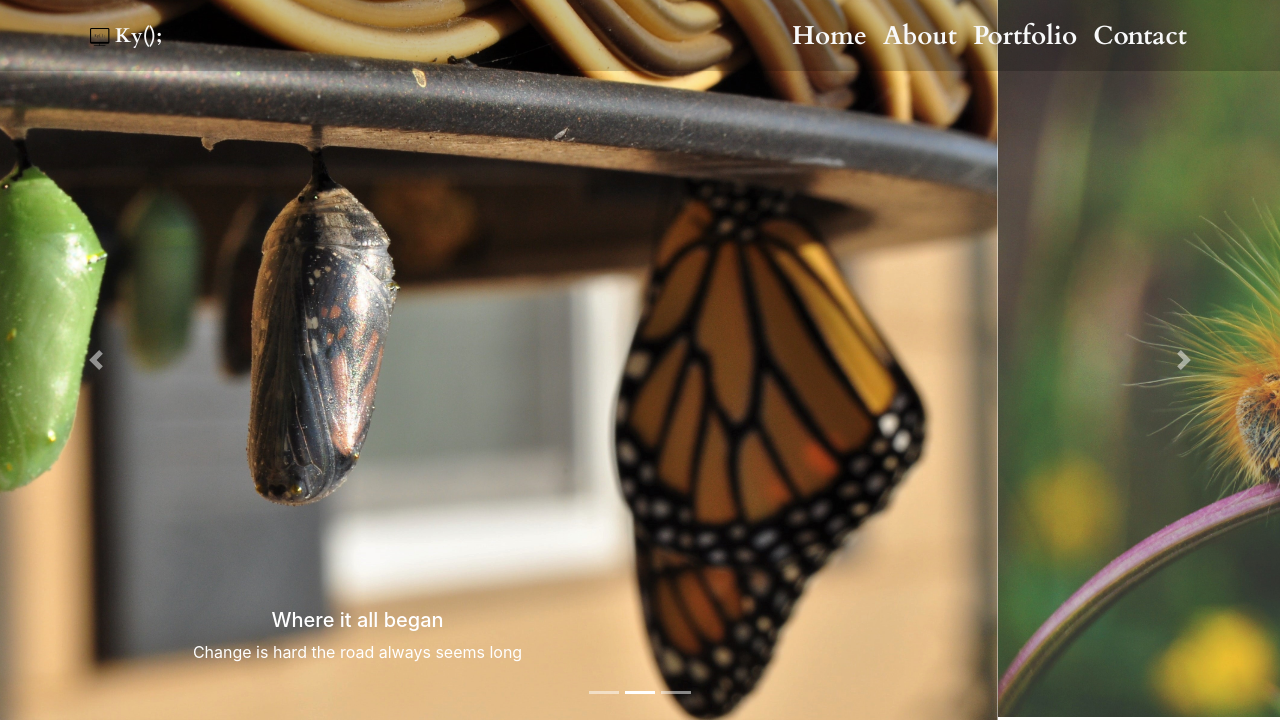
Repository: kkyler24/thekyfunction
Page: index.html
An editor plug-in stored every save of this project. The page is shown before and after the next save, followed by the edit.
The browser window is 1280 px wide. The pictures show the whole page.
Some web libraries are served in a nearby version.

Above is the page before, as saved 2020-06-03 19:44:40.

After the next save:
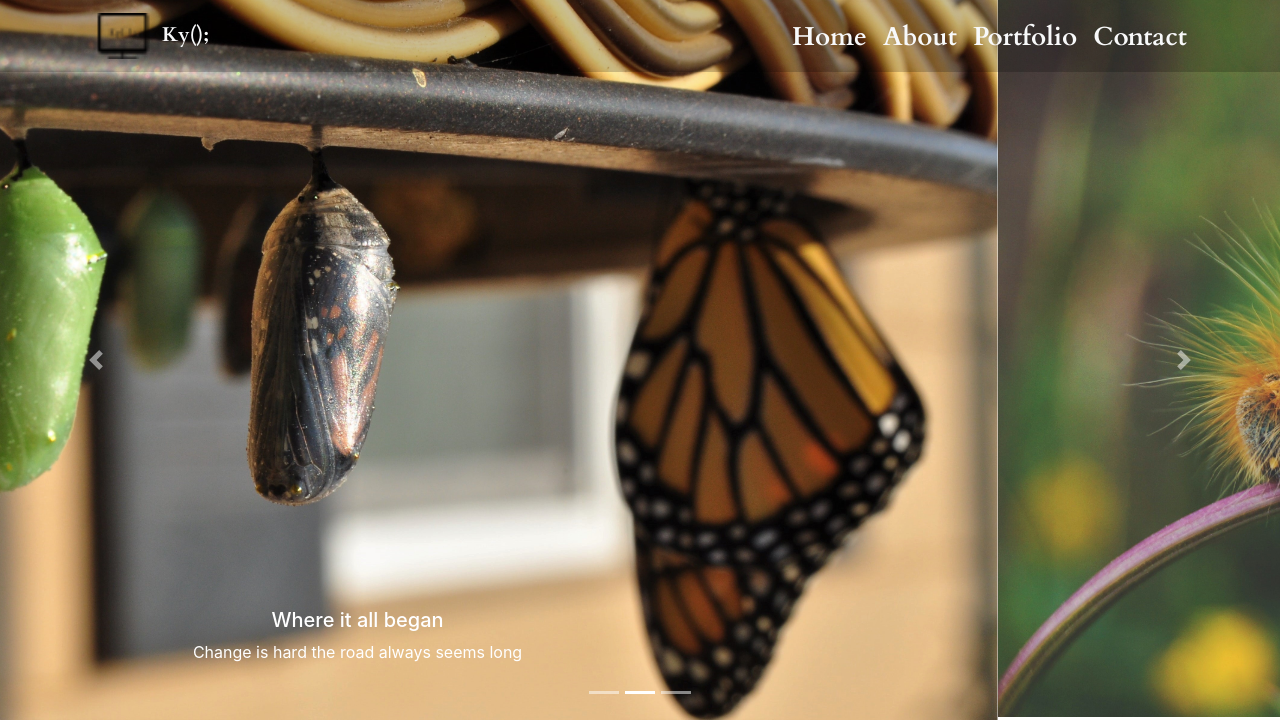
Saved 6 min 6 s later.
--- a/home.css
+++ b/home.css
@@ -1,7 +1,7 @@
 
 .carousel-item, body{
 height: 100vh;
-max-height: 100%;
+min-height: 300px;
 background: no-repeat center center scroll;
 -webkit-background-size:cover;
 background-size: cover;
@@ -25,3 +25,8 @@
 ul li a:hover{
     background-color: #211b4385;
 }
+
+img{
+    width: 100%;
+    height:auto;
+}

After the 5 saves that followed:
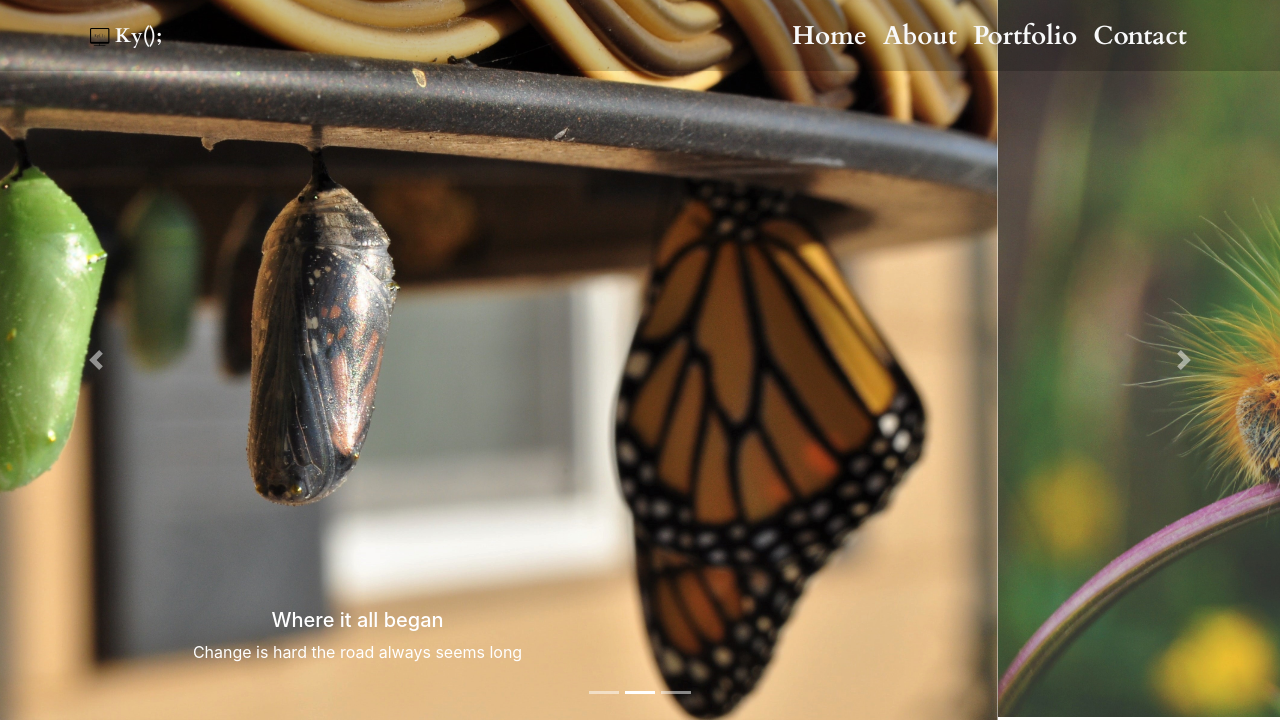
The 5 saves are shown as one change because 4 left the picture as it was.
The last was saved 3 min 22 s later.
--- a/index.html
+++ b/index.html
@@ -43,7 +43,7 @@
             <li data-target="#carouselExampleCaptions" data-slide-to="1"></li>
             <li data-target="#carouselExampleCaptions" data-slide-to="2"></li>
         </ol>
-        <div class="carousel-inner flex-container">
+        <div class="carousel-inner">
             <div class="carousel-item active">
                 <img src="assets/suzanne-d-williams-VMKBFR6r_jg-unsplash (1).jpg" class="d-block w-100" alt="..." />
                 <div class="carousel-caption d-none d-md-block">
--- a/home.css
+++ b/home.css
@@ -1,7 +1,7 @@
 
 .carousel-item, body{
 height: 100vh;
-min-height: 300px;
+min-width: 100%;
 background: no-repeat center center scroll;
 -webkit-background-size:cover;
 background-size: cover;
@@ -25,8 +25,3 @@
 ul li a:hover{
     background-color: #211b4385;
 }
-
-img{
-    width: 100%;
-    height:auto;
-}
